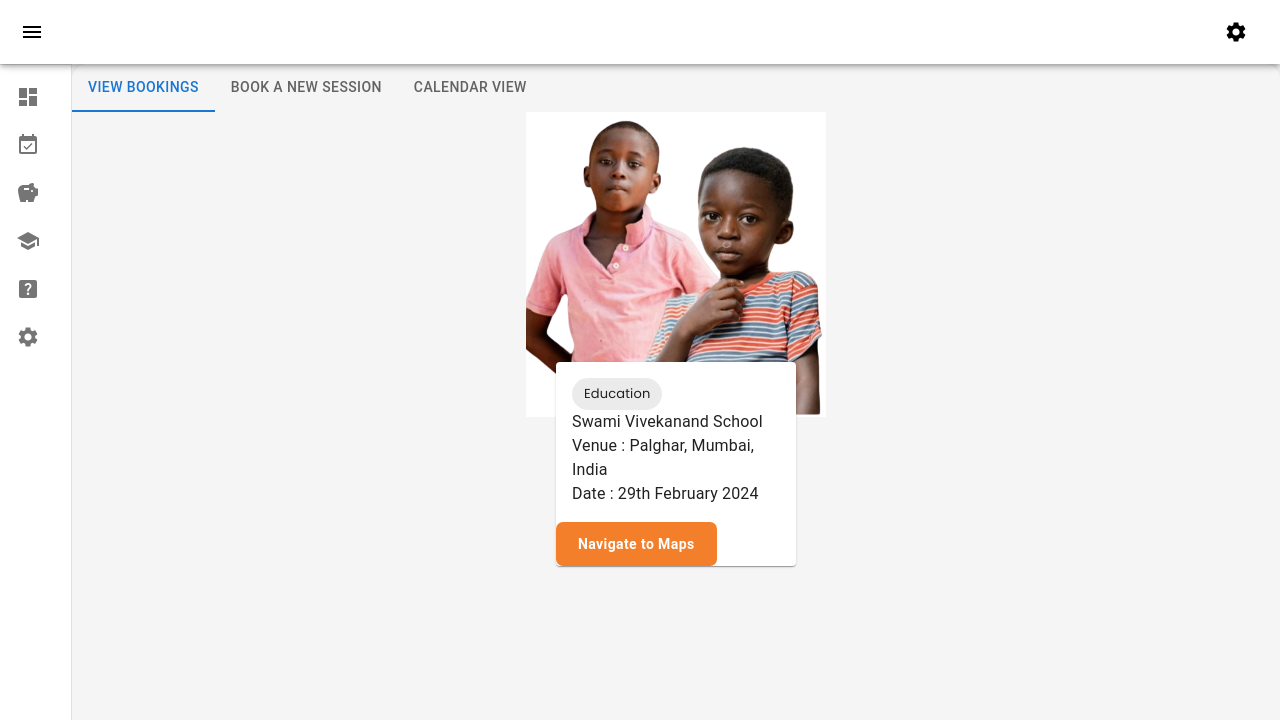
Repository: shubhampirate/Google_Solutions_Edural
Page: /bookings
These files come from the project's save history. The page is drawn as it stood at one moment and after the next save; the edit follows.
The browser window is 1280 px wide. The pictures show the whole page.
An inner scrolling area shows only its first screen. The project was rebuilt for these pictures with package versions that can differ from the ones it lists, and the page was loaded fresh each time. Some packages were replaced by stand-ins written for this rebuild. Also part of the build but not shown: src/Components/Navbar.jsx, src/Components/Footer.jsx, src/Components/CongratsCard.jsx, src/pages/Hero/Hero.jsx, src/pages/Dashboard/Dashboard.jsx, src/pages/Sign_in.jsx, src/pages/Bookings/LicenseCard.jsx.

Above is the page before, as saved 2024-02-04 17:56:52.

### src/index.js
import React from "react";
import ReactDOM from "react-dom/client";
import "./index.css";
import { GoogleOAuthProvider } from '@react-oauth/google';
import App from "./App";
import { BrowserRouter } from "react-router-dom";
const root = ReactDOM.createRoot(
    document.getElementById("root"));
root.render(
    <BrowserRouter>
<GoogleOAuthProvider clientId="730379698185-cv7a59sok9sod43v04ee6g6pt4gtaea2.apps.googleusercontent.com">
        {/* <React.StrictMode> */}
            <App />
        {/* </React.StrictMode> */}
    </GoogleOAuthProvider>
    </BrowserRouter>

);

### src/App.jsx
import Hero from "./pages/Hero/Hero";
import Dashboard from "./pages/Dashboard/Dashboard";
import Layout from "./Components/layout";
import SignIn from "./pages/Sign_in";
import Booking from "./pages/Bookings/bookings"
import {useState} from "react";
import { Route, Routes } from "react-router-dom";
function App() {
  return (
    <>
      {/* <Hero />   */}
      {/* <SignIn /> */}
      <Routes>
        <Route path="/signin" element={<><SignIn /></>} />
        <Route path="/dashboard" element={<Layout><Dashboard /></Layout>} />
        {/* <Route path="/education" element={<><Education /></>} /> */}
        <Route path="/bookings" element={<Layout><Booking /></Layout>} />
        {/* <Route path="/profile" element={<><Profile /></>} /> */}
        {/* <Route path="/finance" element={<><Finance /></>} /> */}
        {/* <Route path="/questions" element={<><Questions /></>} /> */}
        {/* <Route path="/retireaibot" element={<><Bot /></>} /> */}
        <Route path="/" element={<><Hero /></>} />
      </Routes>
         </>
  );
}

export default App;

### src/Components/layout.jsx
import React from 'react';
import { styled, createTheme, ThemeProvider } from '@mui/material/styles';
import CssBaseline from '@mui/material/CssBaseline';
import MuiDrawer from '@mui/material/Drawer';
import Box from '@mui/material/Box';
import MuiAppBar from '@mui/material/AppBar';
import Toolbar from '@mui/material/Toolbar';
import IconButton from '@mui/material/IconButton';
import MenuIcon from '@mui/icons-material/Menu';
import ChevronLeftIcon from '@mui/icons-material/ChevronLeft';
import { mainListItems } from './listItems';
import { List } from '@mui/material';
import Divider from '@mui/material/Divider';
import Badge from '@mui/material/Badge';
// import NotificationsIcon from '@mui/icons-material/Notifications';
import Typography from '@mui/material/Typography';
import SettingsIcon from '@mui/icons-material/Settings';
const drawerWidth = 240;

const AppBar = styled(MuiAppBar, {
  shouldForwardProp: (prop) => prop !== 'open',
})(({ theme, open }) => ({
  zIndex: theme.zIndex.drawer + 1,
  transition: theme.transitions.create(['width', 'margin'], {
    easing: theme.transitions.easing.sharp,
    duration: theme.transitions.duration.leavingScreen,
  }),
  ...(open && {
    marginLeft: drawerWidth,
    width: `calc(100% - ${drawerWidth}px)`,
    transition: theme.transitions.create(['width', 'margin'], {
      easing: theme.transitions.easing.sharp,
      duration: theme.transitions.duration.enteringScreen,
    }),
  }),
  backgroundColor: 'white', // Set background color to white
  color: 'black',
}));

const Drawer = styled(MuiDrawer, { shouldForwardProp: (prop) => prop !== 'open' })(
  ({ theme, open }) => ({
    '& .MuiDrawer-paper': {
      position: 'relative',
      whiteSpace: 'nowrap',
      width: drawerWidth,
      transition: theme.transitions.create('width', {
        easing: theme.transitions.easing.sharp,
        duration: theme.transitions.duration.enteringScreen,
      }),
      boxSizing: 'border-box',
      ...(!open && {
        overflowX: 'hidden',
        transition: theme.transitions.create('width', {
          easing: theme.transitions.easing.sharp,
          duration: theme.transitions.duration.leavingScreen,
        }),
        width: theme.spacing(7),
        [theme.breakpoints.up('sm')]: {
          width: theme.spacing(9),
        },
      }),
    },
  }),
);

const defaultTheme = createTheme();

const Layout = ({ children }) => {
  const [open, setOpen] = React.useState(false);

  const toggleDrawer = () => {
    setOpen(!open);
  };

  return (
    <ThemeProvider theme={defaultTheme}>
      <Box sx={{ display: 'flex' }}>
        <CssBaseline />
        <AppBar position="absolute" open={open}
        //  sx={{
        //         backgroundColor:
        //         // "rgba(244, 127, 42, 0.04)",
        //         (theme) =>
        //         theme.palette.mode === 'light'
        //             ? theme.palette.grey[100]
        //             : theme.palette.grey[900]}}
                    >
          <Toolbar
            sx={{
              pr: '24px', // keep right padding when drawer closed
            }}
          >
            <IconButton
              edge="start"
              color="inherit"
              aria-label="open drawer"
              onClick={toggleDrawer}
              sx={{
                marginRight: '36px',
                ...(open && { display: 'none' }),
              }}
            >
              <MenuIcon />
            </IconButton>
            <Typography
              component="h1"
              variant="h6"
              color="inherit"
              noWrap
              sx={{ flexGrow: 1 }}
            >
              {/* Dashboard */}
            </Typography>
            <IconButton color="inherit">
              {/* <Badge badgeContent={4} color="secondary"> */}
                <SettingsIcon />
              {/* </Badge> */}
            </IconButton>

          </Toolbar>
        </AppBar>
        <Drawer variant="permanent" open={open}>
          <Toolbar
            sx={{
              display: 'flex',
              alignItems: 'center',
              justifyContent: 'flex-end',
              px: [1],
            }}
          >
            <IconButton onClick={toggleDrawer}>
              <ChevronLeftIcon />
            </IconButton>
          </Toolbar>
          <Divider />
            <List component="nav">
                {mainListItems}
            </List>
        </Drawer>
        <Box
          component="main"
          sx={{
            backgroundColor: (theme) =>
              theme.palette.mode === 'light'
                ? theme.palette.grey[100]
                : theme.palette.grey[900],
            flexGrow: 1,
            height: '100vh',
            overflow: 'auto',
          }}
        >
          <Toolbar />
          {/* Content of individual pages */}
          {children}
        </Box>
      </Box>
    </ThemeProvider>
  );
};

export default Layout;

### src/pages/Bookings/bookings.jsx
import React, { useState, useEffect } from 'react';
import { styled, createTheme, ThemeProvider } from '@mui/material/styles';
import CssBaseline from '@mui/material/CssBaseline';
import Box from '@mui/material/Box';
import Tabs from '@mui/material/Tabs';
import Tab from '@mui/material/Tab';
import Card from '@mui/material/Card';
import CardContent from '@mui/material/CardContent';
import Typography from '@mui/material/Typography';
import GoogleMapReact from 'google-map-react'; // Install with npm/yarn
import FullCalendar from '@fullcalendar/react'; // Install with npm/yarn
import dayGridPlugin from '@fullcalendar/daygrid'; // Install with npm/yarn
import LicenseCard from './LicenseCard';
import { CardActions, Button } from '@mui/material';
import Chip from '@mui/material/Chip';
import CustomButton from '../../Components/CustomButton';
import heroImg from "../../media/img_main_page.png";
const defaultTheme = createTheme();

// Placeholder data for bookings and calendar events
const bookingsData = [
  { id: 1, title: 'Booking 1', date: '2024-02-10' },
  { id: 2, title: 'Booking 2', date: '2024-02-15' },
  // Add more booking data as needed
];
const ImageOverlayCard = ({ imgSrc, category, title, venue, date, buttonText }) => {
  return (
    <Box sx={{ position: 'relative', textAlign: 'center' }}>
      <img
        src={imgSrc}
        alt="heroImg"
        style={{ maxWidth: '10rem', maxHeight: '10rem', borderRadius: '50%' }}
      />
      <Card
        variant="solid"
        color="primary"
        sx={{
          boxShadow: 'lg',
          width: 400,
          position: 'absolute',
          top: '50%',
          left: '50%',
          transform: 'translate(-50%, -50%)',
          backgroundColor: (theme) => theme.palette.primary.main,
          opacity: 0.8,
        }}
      >
        <Box sx={{ display: 'flex', gap: 1 }}>
          <Chip size="sm" variant="soft" label={category} />
        </Box>
        <CardContent>
          <Typography level="title-lg">{title}</Typography>
          <Typography level="body-md">Venue: {venue}</Typography>
          <Typography level="body-md">Date: {date}</Typography>
        </CardContent>
        <CardActions>
          <CustomButton backgroundColor="#F47F2A" color="#fff" buttonText={buttonText} heroBtn={true} />
        </CardActions>
      </Card>
    </Box>
  );
};
const calendarEvents = [
  { id: 1, title: 'Event 1', start: '2024-02-10', end: '2024-02-12' },
  { id: 2, title: 'Event 2', start: '2024-02-15', end: '2024-02-18' },
  // Add more calendar event data as needed
];

const AnyReactComponent = ({ text }) => <div>{text}</div>;

export default function Booking() {
  const [tabValue, setTabValue] = useState(0);

  const handleChangeTab = (event, newValue) => {
    setTabValue(newValue);
  };

  return (
    <ThemeProvider theme={defaultTheme}>
      <Box sx={{ display: 'flex', borderRadius: '16px', overflow: 'hidden', boxShadow: '0px 0px 10px rgba(0, 0, 0, 0.1)' }}>
        <CssBaseline />
        <Box
          component="main"
          sx={{
            backgroundColor: (theme) =>
              theme.palette.mode === 'light'
                ? theme.palette.grey[100]
                : theme.palette.grey[900],
            flexGrow: 1,
            height: '100vh',
            overflow: 'hidden',
          }}
        >
          <Tabs value={tabValue} onChange={handleChangeTab}>
            <Tab label="View Bookings" />
            <Tab label="Book a New Session" />
            <Tab label="Calendar View" />
          </Tabs>

          {tabValue === 0 && (
             <Box position="relative" maxWidth="300px" margin="auto" marginBottom="2rem">
             <img
               src={heroImg}
               alt="card-background"
               style={{
                 width: '100%',
                 height: 'auto',
                 objectFit: 'cover',
               }}
             />
             <Card
               sx={{
                 position: 'absolute',
                 top: '80%', // Start from around 20% from the top
                 left: '10%', // Adjust as needed
                 right: '10%', // Adjust as needed
                 backgroundColor: (theme) => theme.palette.background.paper,
                 opacity: 1,

                //  minHeight:  , // Adjust as needed
                 overflow: 'auto',
               }}
             >
               <CardContent>
               <Chip size="sm" variant="soft" label="Education" />

           <Typography level="title-lg"> Swami Vivekanand School </Typography>
        <Typography level="body-md">
         Venue : Palghar, Mumbai, India
        </Typography>
        <Typography level="body-md">
         Date : 29th February 2024
        </Typography>
               </CardContent>
               <CustomButton
              backgroundColor="#F47F2A"
              color="#fff"
              buttonText="Navigate to Maps"
              heroBtn={true}
            />
             </Card>
           </Box>
    //    <Box position="relative" maxWidth="300px" margin="auto" marginBottom="2rem">
    //    <img
    //      src={heroImg}
    //      alt="card-background"
    //      style={{
    //        width: '100%',
    //        height: 'auto',
    //        borderRadius: '16px',
    //        objectFit: 'cover',
    //      }}
    //    />
    //    <Card
    //      sx={{
    //        position: 'absolute',
    //        bottom: '-20%', // Adjust as needed (negative value starts from above the image)
    //        left: '10%', // Adjust as needed
    //        right: '10%', // Adjust as needed
    //        backgroundColor: (theme) => theme.palette.background.paper,
    //        opacity: 1,
    //        borderRadius: '16px',
    //      }}
    //    >
    //      <CardContent>
    //      <Chip size="sm" variant="soft" label="Education" />

    //        <Typography level="title-lg"> Swami Vivekanand School </Typography>
    //     <Typography level="body-md">
    //      Venue : Palghar, Mumbai, India
    //     </Typography>
    //     <Typography level="body-md">
    //      Date : 29th February 2024
    //     </Typography>
    //        {/* <Chip label="hello" size="small" sx={{ marginTop: '8px' }} /> */}
    //      </CardContent>
    //    </Card>
    //  </Box>
//             <Box>
//               <div className="">
//               <Box sx={{ flex: "0.75" }}>
//             <img
//               src={heroImg}
//               alt="heroImg"
//               style={{ maxWidth: "10rem", maxHeight: "10rem"}}

//             />

//               <Card
//       variant="solid"
//       color="primary"

//       sx={{
//         boxShadow: 'lg',
//             width: 400,
//             overflow: 'auto',
//             resize: 'horizontal',
//             marginLeft: '2rem',
//             marginTop: '2rem',
//             position: 'absolute',
//             top: '25%', // Adjust as needed
//           left: '10%', // Adjust as needed
//             // backgroundColor: (theme) => theme.palette.primary.main,
//             opacity: 1, // Adjust the opacity as needed


//       }}
//     >
//       <Box sx={{ display: 'flex', gap: 1 }}>
//         <Chip size="sm" variant="soft" label="Education" />

//         {/* <Chip size="sm" variant="soft" label="Chip Filled" /> */}

//       </Box>
//       <div>
//           <Typography fontSize="sm" textColor="text.tertiary">
// {/*
//           </Typography> */}
//         </Typography>
//       </div>
//       <CardContent>
        // <Typography level="title-lg"> Swami Vivekanand School </Typography>
        // <Typography level="body-md">
        //  Venue : Palghar, Mumbai, India
        // </Typography>
        // <Typography level="body-md">
        //  Date : 29th February 2024
        // </Typography>
//       </CardContent>
//       <CardActions>
      // <CustomButton
      //         backgroundColor="#F47F2A"
      //         color="#fff"
      //         buttonText="Navigate to Maps"
      //         heroBtn={true}
      //       />
//         {/* <Button variant="solid">Purchase Now</Button> */}
//       </CardActions>
//     </Card>
//     </Box>
//     </div>

//             </Box>
          )}

          {tabValue === 1 && (
            <Box>
              {/* Book a New Session Content */}
              {/* Use Google Maps component to search for schools */}
              <GoogleMapReact
                bootstrapURLKeys={{ key: 'YOUR_GOOGLE_MAPS_API_KEY' }}
                defaultCenter={{ lat: 37.7749, lng: -122.4194 }}
                defaultZoom={10}
              >
                <AnyReactComponent lat={37.7749} lng={-122.4194} text="Your Location" />
              </GoogleMapReact>
            </Box>
          )}

          {tabValue === 2 && (
             <Box>
             {/* Calendar View Content */}
             {/* <FullCalendar
               plugins={[dayGridPlugin]}
               initialView="dayGridMonth"
               events={calendarEvents}
             /> */}
           </Box>          )}
        </Box>
      </Box>
    </ThemeProvider>
  );
}

### src/Components/CustomButton.jsx
import { Button, styled } from "@mui/material";
import React from "react";

const CustomButton = ({
  backgroundColor,
  color,
  buttonText,
  heroBtn,
  guideBtn,
  getStartedBtn,
}) => {
  const CustomButton = styled(Button)(({ theme }) => ({
    backgroundColor: backgroundColor,
    color: color,
    fontWeight: "700",
    fontSize: "14px",
    cursor: "pointer",
    padding: "0.5rem 1.25rem",
    borderRadius: "7px",
    textTransform: "none",
    display: "block",
    border: "2px solid transparent",
    "&:hover": {
      backgroundColor: color,
      color: backgroundColor,
      borderColor: backgroundColor,
    },
    [theme.breakpoints.down("md")]: {
      margin: (heroBtn || getStartedBtn) && theme.spacing(0, "auto", 3, "auto"),
      width: (heroBtn || getStartedBtn) && "90%",
    },
    [theme.breakpoints.down("sm")]: {
      marginTop: guideBtn && theme.spacing(3),
      width: guideBtn && "90%",
    },
  }));

  return <CustomButton>{buttonText}</CustomButton>;
};

export default CustomButton;

### src/Components/listItems.jsx
import * as React from 'react';
import ListItemButton from '@mui/material/ListItemButton';
import ListItemIcon from '@mui/material/ListItemIcon';
import ListItemText from '@mui/material/ListItemText';
import DashboardIcon from '@mui/icons-material/Dashboard';
import MedicalInformationIcon from '@mui/icons-material/MedicalInformation';
import SavingsIcon from '@mui/icons-material/Savings';
import SchoolIcon from '@mui/icons-material/School';
import HelpCenterIcon from '@mui/icons-material/HelpCenter';
import SettingsIcon from '@mui/icons-material/Settings';
import SmartToyIcon from '@mui/icons-material/SmartToy';
import { Link } from 'react-router-dom';
// import GoogleTranslateComponent from './GoogleTranslateComponent';
import EventAvailableIcon from '@mui/icons-material/EventAvailable';

export const mainListItems = (
  <>
    <React.Fragment>
      <Link to="/dashboard" style={{ textDecoration: "none", color: "black" }}>
        <ListItemButton>
          <ListItemIcon>
            <DashboardIcon />
          </ListItemIcon>
          <ListItemText primary="Dashboard" />
        </ListItemButton>
      </Link>
      <Link to="/bookings" style={{ textDecoration: "none", color: "black" }}>
        <ListItemButton>
          <ListItemIcon>
            <EventAvailableIcon />
          </ListItemIcon>
          <ListItemText primary="Bookings" />
        </ListItemButton>
      </Link>
      <Link to="/donation" style={{ textDecoration: "none", color: "black" }}>
        <ListItemButton>
          <ListItemIcon>
            <SavingsIcon />
          </ListItemIcon>
          <ListItemText primary="Donation" />
        </ListItemButton>
      </Link>
      <Link to="/education" style={{ textDecoration: "none", color: "black" }}>
        <ListItemButton>
          <ListItemIcon>
            <SchoolIcon />
          </ListItemIcon>
          <ListItemText primary="Educational Test" />
        </ListItemButton>
      </Link>
      <Link to="/questions" style={{ textDecoration: "none", color: "black" }}>
        <ListItemButton>
          <ListItemIcon>
            <HelpCenterIcon />
          </ListItemIcon>
          <ListItemText primary="FAQ" />
        </ListItemButton>
      </Link>
      <Link to="/profile" style={{ textDecoration: "none", color: "black" }}>
        <ListItemButton>
          <ListItemIcon>
            <SettingsIcon />
          </ListItemIcon>
          <ListItemText primary="Profile" />
        </ListItemButton>
      </Link>
      {/* <Link to="/retireaibot" style={{ textDecoration: "none", color: "black" }}>
        <ListItemButton>
          <ListItemIcon>
            <SmartToyIcon />
          </ListItemIcon>
          <ListItemText primary="Retire AI Bot" />
        </ListItemButton>
      </Link> */}
    </React.Fragment >
  </>
);

Loaded but not shown: public/index.html (common file); src/index.css (common file)

After the next save:
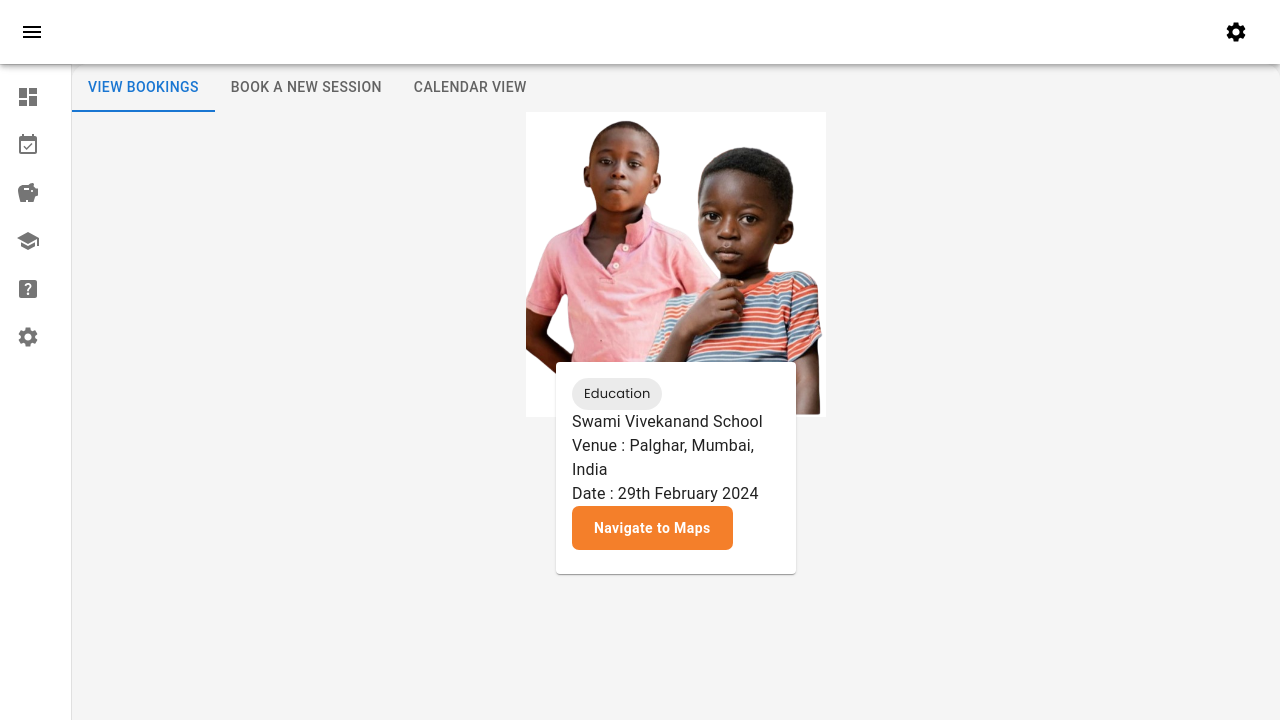
Saved 7 s later.
--- a/src/pages/Bookings/bookings.jsx
+++ b/src/pages/Bookings/bookings.jsx
@@ -131,13 +131,14 @@ export default function Booking() {
         <Typography level="body-md">
          Date : 29th February 2024
         </Typography>
-               </CardContent>
-               <CustomButton
+        <CustomButton
               backgroundColor="#F47F2A"
               color="#fff"
               buttonText="Navigate to Maps"
               heroBtn={true}
             />
+               </CardContent>
+
              </Card>
            </Box>
     //    <Box position="relative" maxWidth="300px" margin="auto" marginBottom="2rem">
